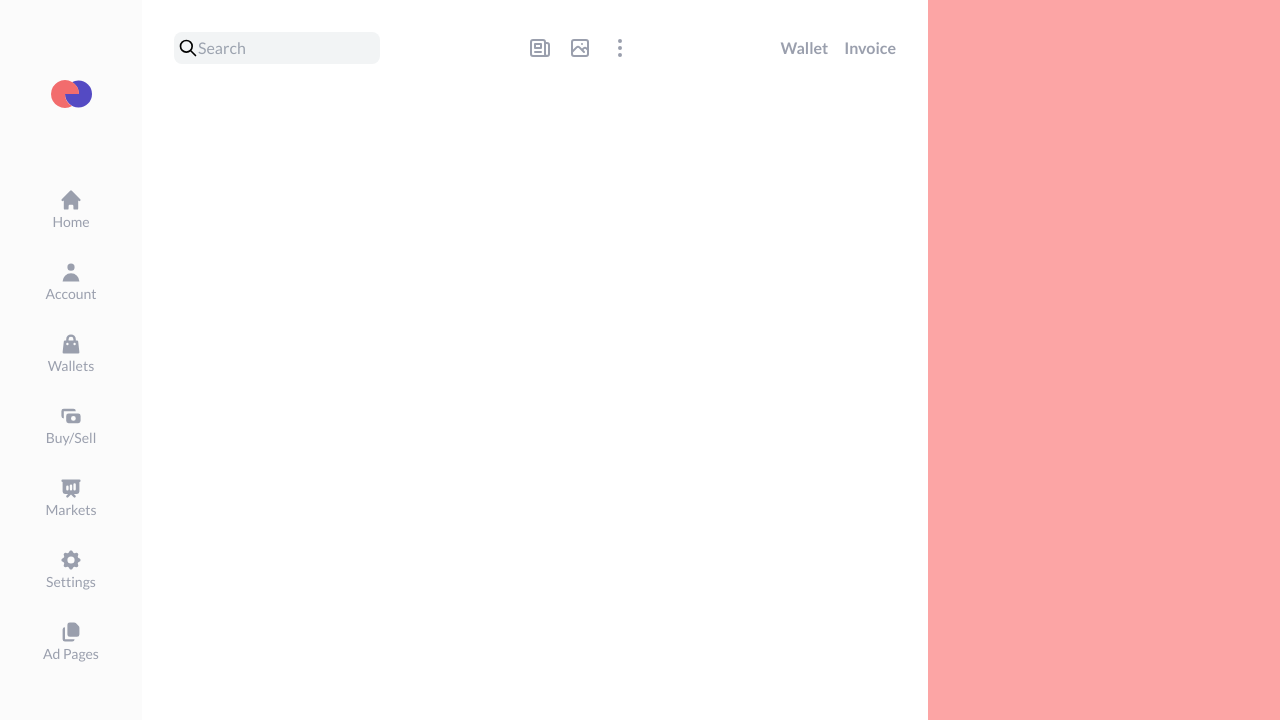
Repository: almaqdad55/crypto-app-nextjs
Page: /
The author's editor kept a copy of each file at every save. The page is drawn from the files as they stood at one save, then again after the next save.
The browser window is 1280 px wide. The pictures show the whole page.
The project was rebuilt for these pictures with package versions that can differ from the ones it lists, and the page was loaded fresh each time. The framework's server and built-in components were replaced by stand-ins that run in the browser.

Above is the page before, as saved 2022-01-04 20:20:59.

After the next save:
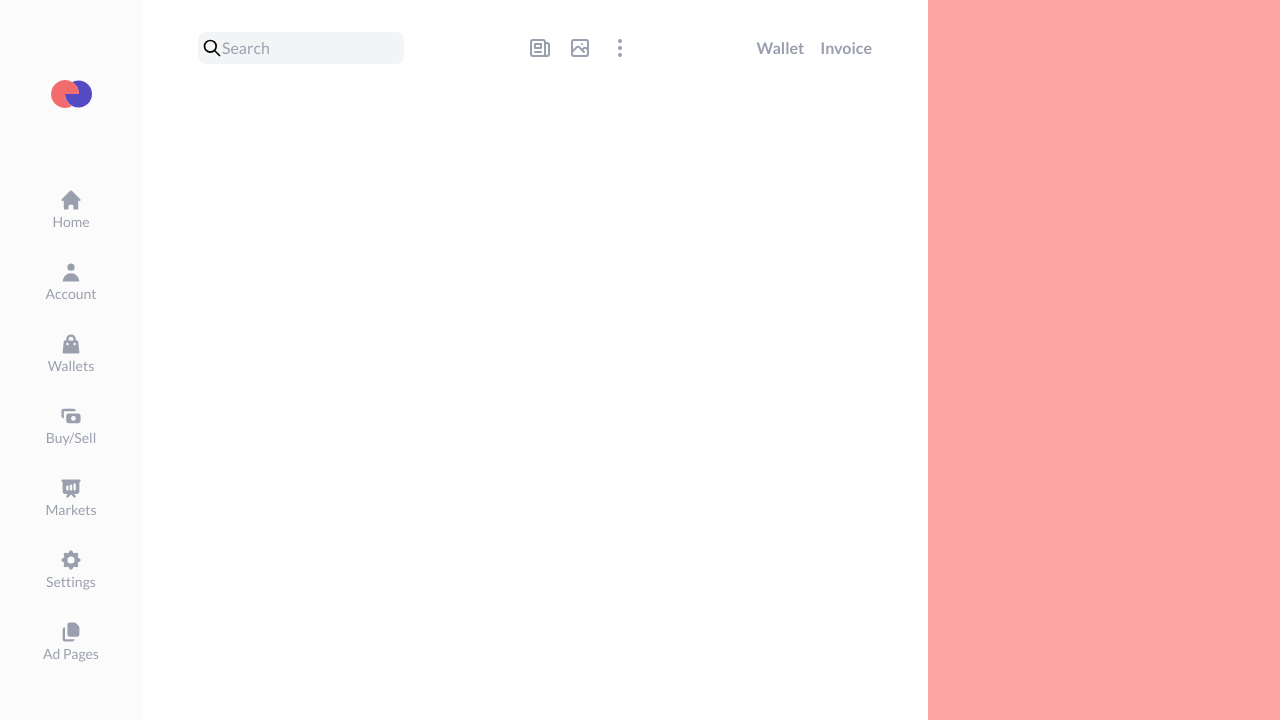
Saved 11 s later.
--- a/components/Feed.jsx
+++ b/components/Feed.jsx
@@ -8,7 +8,7 @@ import {
 // import { SearchIcon } from '@heroicons/react/solid';
 const Feed = () => {
   return (
-    <div className=" flex-grow  bg-white p-8">
+    <div className=" flex-grow  bg-white px-14 py-8">
       <div className="flex items-center  justify-between ">
         <div className="flex items-center bg-[#F2F4F5] rounded-lg p-1">
           <SearchIcon className="h-5" />
